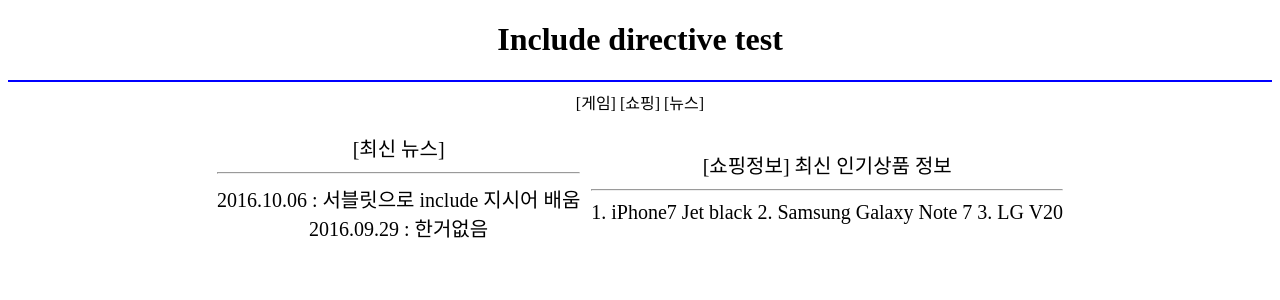
Repository: donggeonoh/My_Source
Page: http://localhost/WebProgramming/ch05/include_test.jsp
An editor plug-in stored every save of this project. The page is shown before and after the next save, followed by the edit.
The browser window is 1280 px wide. The pictures show the whole page.
The page is served by Tomcat 9. Other server files are loaded and not shown.

Above is the page before, as saved 2016-10-06 10:21:39.

### Web Source/WebProgramming/WebContent/ch05/include_test.jsp
<%@ page language="java" contentType="text/html; charset=UTF-8"
    pageEncoding="UTF-8"%>
<!DOCTYPE html PUBLIC "-//W3C//DTD HTML 4.01 Transitional//EN" "http://www.w3.org/TR/html4/loose.dtd">
<html>
<head>
<meta http-equiv="Content-Type" content="text/html; charset=UTF-8">
<title>Insert title here</title>
</head>
<body>

	<div align = "center">
		<h1>Include directive test</h1>
		<hr color="blue">

		<%@ include file = "include_menu.jsp" %>
		<p></p>

		<table>
			<tr align="center">
				<td style = "font-size : 20px"><%@include file = "include_news.jsp"%>
				<td width = "3em"></td>
				<td style = "font-size : 20px"><%@include file = "include_shopping.jsp"%>
			</tr>
		</table>
	</div>

</body>
</html>

### Web Source/WebProgramming/WebContent/ch05/include_menu.jsp
<%@ page language="java" contentType="text/html; charset=UTF-8"
    pageEncoding="UTF-8"%>
<!DOCTYPE html PUBLIC "-//W3C//DTD HTML 4.01 Transitional//EN" "http://www.w3.org/TR/html4/loose.dtd">

[게임] [쇼핑] [뉴스]

### Web Source/WebProgramming/WebContent/ch05/include_news.jsp
<%@ page language="java" contentType="text/html; charset=UTF-8"
    pageEncoding="UTF-8"%>
<!DOCTYPE html PUBLIC "-//W3C//DTD HTML 4.01 Transitional//EN" "http://www.w3.org/TR/html4/loose.dtd">

[최신 뉴스]<hr>

2016.10.06 : 서블릿으로 include 지시어 배움 <br>
2016.09.29 : 한거없음 <br>

### Web Source/WebProgramming/WebContent/ch05/include_shopping.jsp
<%@ page language="java" contentType="text/html; charset=UTF-8"
    pageEncoding="UTF-8"%>
<!DOCTYPE html PUBLIC "-//W3C//DTD HTML 4.01 Transitional//EN" "http://www.w3.org/TR/html4/loose.dtd">

[쇼핑정보] 최신 인기상품 정보 <hr>

1. iPhone7 Jet black
2. Samsung Galaxy Note 7
3. LG V20

After the next save:
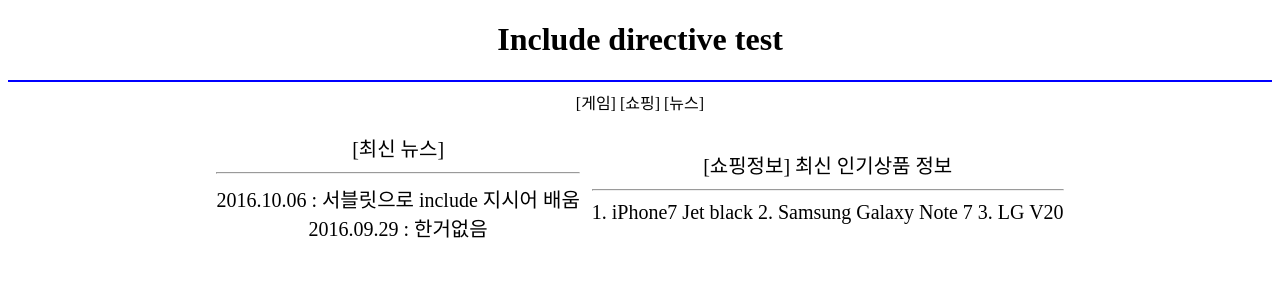
Saved 24 s later.
--- a/Web Source/WebProgramming/WebContent/ch05/include_test.jsp
+++ b/Web Source/WebProgramming/WebContent/ch05/include_test.jsp
@@ -18,7 +18,7 @@
 		<table>
 			<tr align="center">
 				<td style = "font-size : 20px"><%@include file = "include_news.jsp"%>
-				<td width = "3em"></td>
+				<td width = "3em">&nbsp;</td>
 				<td style = "font-size : 20px"><%@include file = "include_shopping.jsp"%>
 			</tr>
 		</table>
